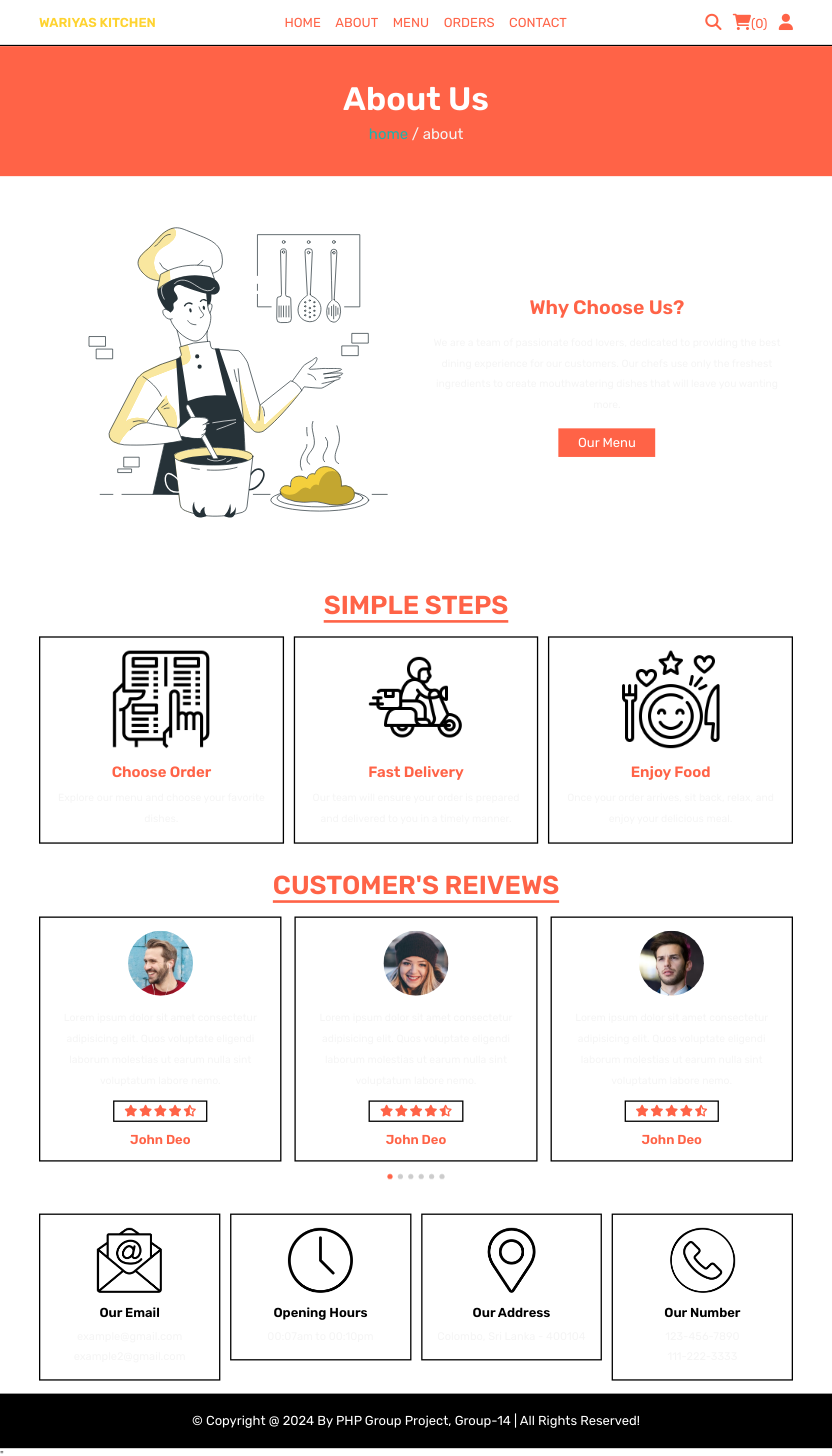
Repository: navodniwarshana/food_order_site
Page: http://localhost/about.php
An editor plug-in stored every save of this project. The page is shown before and after the next save, followed by the edit.
The browser window is 1280 px wide. The pictures show the whole page, at 65% of full size.
Some web libraries are served in a nearby version. The page is run by PHP 8.4 with error messages shown; the project is at /var/www/html/. Queries for data that is not in the repository find no rows.

Above is the page before, as saved 2024-09-27 18:40:05.
Console error: TypeError: Cannot read properties of null (reading 'style')

After the next save:
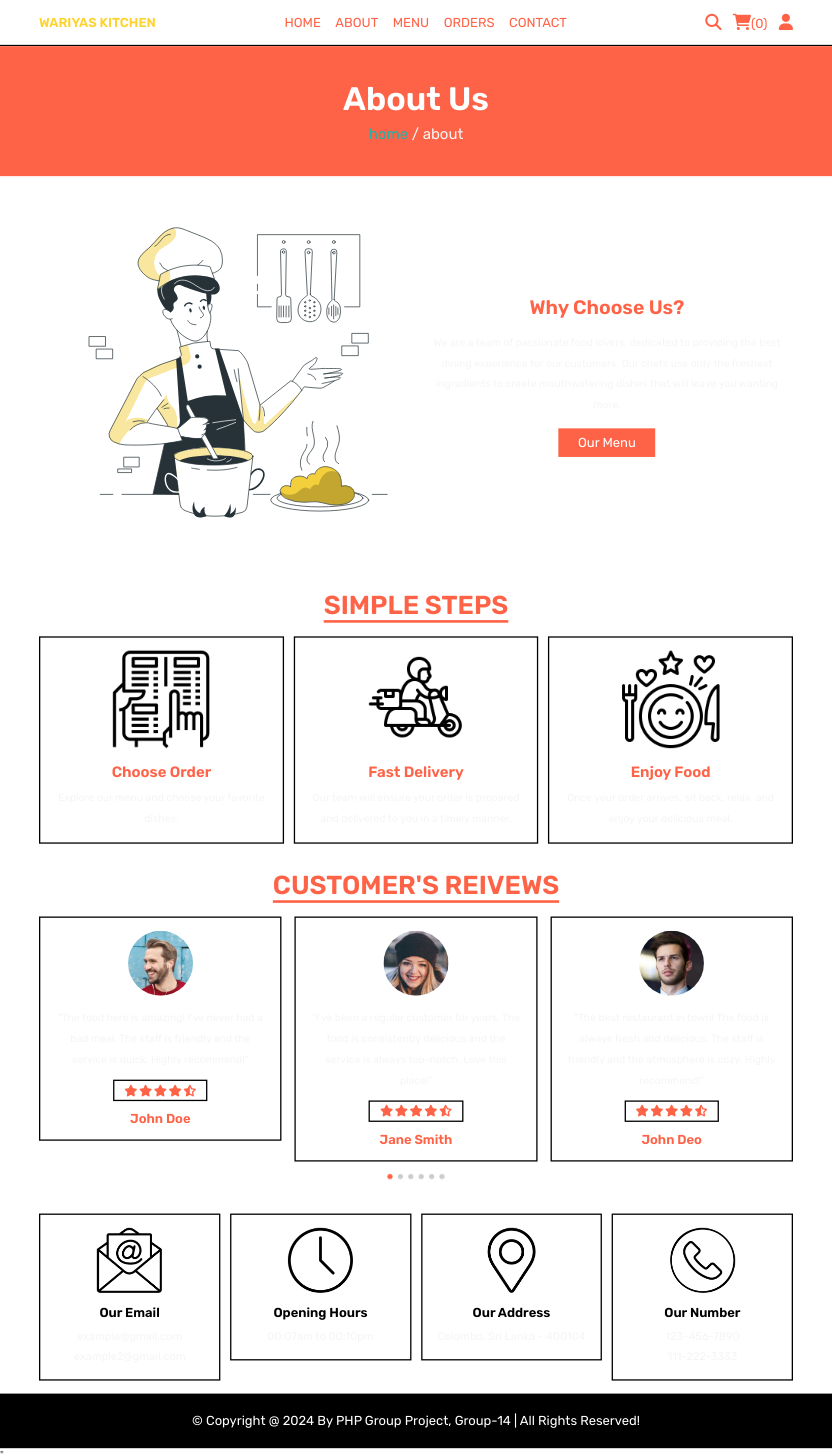
Saved 5 s later.
--- a/about.php
+++ b/about.php
@@ -106,33 +106,33 @@ if(isset($_SESSION['user_id'])){
 
          <div class="swiper-slide slide">
             <img src="images/pic-1.png" alt="">
-            <p>Lorem ipsum dolor sit amet consectetur adipisicing elit. Quos voluptate eligendi laborum molestias ut earum nulla sint voluptatum labore nemo.</p>
-            <div class="stars">
-               <i class="fas fa-star"></i>
-               <i class="fas fa-star"></i>
-               <i class="fas fa-star"></i>
-               <i class="fas fa-star"></i>
-               <i class="fas fa-star-half-alt"></i>
-            </div>
-            <h3>john deo</h3>
+            <p>"The food here is amazing! I've never had a bad meal. The staff is friendly and the service is quick. Highly recommend!"</p>
+            <div class="stars">
+               <i class="fas fa-star"></i>
+               <i class="fas fa-star"></i>
+               <i class="fas fa-star"></i>
+               <i class="fas fa-star"></i>
+               <i class="fas fa-star-half-alt"></i>
+            </div>
+            <h3>John Doe</h3>
          </div>
 
          <div class="swiper-slide slide">
             <img src="images/pic-2.png" alt="">
-            <p>Lorem ipsum dolor sit amet consectetur adipisicing elit. Quos voluptate eligendi laborum molestias ut earum nulla sint voluptatum labore nemo.</p>
-            <div class="stars">
-               <i class="fas fa-star"></i>
-               <i class="fas fa-star"></i>
-               <i class="fas fa-star"></i>
-               <i class="fas fa-star"></i>
-               <i class="fas fa-star-half-alt"></i>
-            </div>
-            <h3>john deo</h3>
+            <p>"I've been a regular customer for years. The food is consistently delicious and the service is always top-notch. Love this place!"</p>
+            <div class="stars">
+               <i class="fas fa-star"></i>
+               <i class="fas fa-star"></i>
+               <i class="fas fa-star"></i>
+               <i class="fas fa-star"></i>
+               <i class="fas fa-star-half-alt"></i>
+            </div>
+            <h3>Jane Smith</h3>
          </div>
 
          <div class="swiper-slide slide">
             <img src="images/pic-3.png" alt="">
-            <p>Lorem ipsum dolor sit amet consectetur adipisicing elit. Quos voluptate eligendi laborum molestias ut earum nulla sint voluptatum labore nemo.</p>
+            <p>"The best restaurant in town! The food is always fresh and delicious. The staff is friendly and the atmosphere is cozy. Highly recommend!"</p>
             <div class="stars">
                <i class="fas fa-star"></i>
                <i class="fas fa-star"></i>
